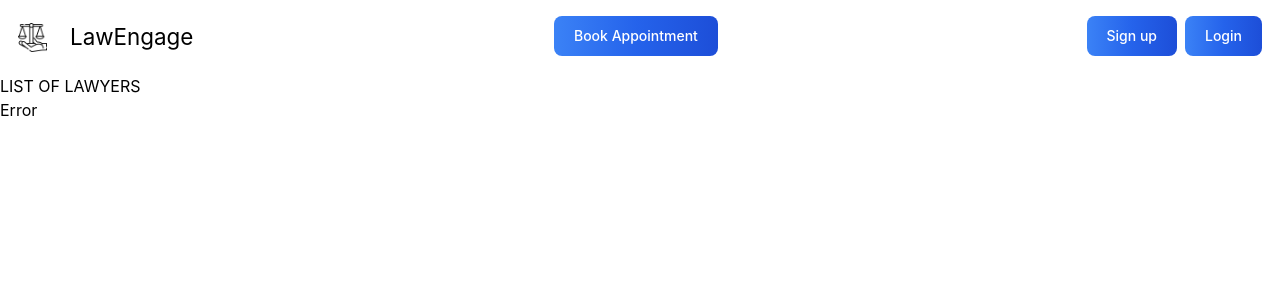
Repository: khushijain8/Lawyer-appointment-application
Page: /admin (app in frontend/)
An editor plug-in stored every save of this project. The page is shown before and after the next save, followed by the edit.
The browser window is 1280 px wide. The pictures show the whole page.
The page's requests for data from a server got no answer. The project was rebuilt for these pictures with package versions that can differ from the ones it lists, and the page was loaded fresh each time. No one was signed in, and anything a server would have sent is missing. Also part of the build but not shown: frontend/src/App.css, frontend/src/components/Signup/Signup.css, frontend/src/components/Signup/Signup.jsx, frontend/src/components/Login/Login.css, frontend/src/components/Login/Login.jsx, frontend/src/components/LawyerContainer/LawyerContainer.css, frontend/src/components/LawyerContainer/LawyerContainer.jsx, frontend/src/components/Book/Book.jsx.

Above is the page before, as saved 2025-01-22 23:37:50.

### frontend/src/index.js
import React from 'react';
import ReactDOM from 'react-dom/client';
import './index.css';
import App from './App';
import reportWebVitals from './reportWebVitals';
import {BrowserRouter} from 'react-router-dom';
import {Provider} from 'react-redux';
import {store} from './redux/store';
const root = ReactDOM.createRoot(document.getElementById('root'));
root.render(
  <React.StrictMode>
    <Provider store={store}>
     <BrowserRouter>
      <App />
    </BrowserRouter>
    </Provider>
  </React.StrictMode>
);

// If you want to start measuring performance in your app, pass a function
// to log results (for example: reportWebVitals(console.log))
// or send to an analytics endpoint. Learn more: https://bit.ly/CRA-vitals
reportWebVitals();

### frontend/src/App.js
import './App.css';

import {Route,Routes} from 'react-router-dom';
import Signup from './components/Signup/Signup';
import {Login} from './components/Login/Login';
import Navbar from './components/Navbar/Navbar';
import Book from './components/Book/Book';
import Admin from './components/Admin/Admin'
function App() {
  return (
    <>
      <Navbar></Navbar>
      <Routes>
        <Route path='/' element={<Signup/>}/>
        <Route path='/signup' element={<Signup/>}/>
        <Route path='/login' element={<Login/>}/>
        <Route path='/book' element={<Book/>}/>
        <Route path='/admin' element={<Admin/>}/>
      </Routes>

    </>
  );
}

export default App;

### frontend/src/redux/store.js
import {configureStore} from '@reduxjs/toolkit'
import LawyerReducer from './Lawyer/lawyerSlice'

export const store=configureStore({
    reducer:{
        lawyer:LawyerReducer
    },
})

### frontend/src/components/Navbar/Navbar.jsx
import React from 'react'
import lawlogo from '../../assets/law.png';
import './Navbar.css';
import {useNavigate} from 'react-router-dom';
function Navbar() {
    const navigate=useNavigate()
  return (
    <div className='navbar'>
        <div className="left-nav">
            <img className = "logo px-2 py-2" src={lawlogo} alt="logo"></img>
            <span className="heading">LawEngage</span>
        </div>
        <div className='mid-nav'>
            <button class="text-white bg-gradient-to-r from-blue-500 via-blue-600 to-blue-700 hover:bg-gradient-to-br focus:ring-4 focus:outline-none focus:ring-blue-300 dark:focus:ring-blue-800 font-medium rounded-lg text-sm px-5 py-2.5 text-center me-2 mb-2"onClick={()=>navigate('/book')}>Book Appointment</button>
        </div>
        <div className='right-nav'>
            <button class="text-white bg-gradient-to-r from-blue-500 via-blue-600 to-blue-700 hover:bg-gradient-to-br focus:ring-4 focus:outline-none focus:ring-blue-300 dark:focus:ring-blue-800 font-medium rounded-lg text-sm px-5 py-2.5 text-center me-2 mb-2"onClick={()=>navigate('/signup')}>Sign up</button>
            <button class="text-white bg-gradient-to-r from-blue-500 via-blue-600 to-blue-700 hover:bg-gradient-to-br focus:ring-4 focus:outline-none focus:ring-blue-300 dark:focus:ring-blue-800 font-medium rounded-lg text-sm px-5 py-2.5 text-center me-2 mb-2" onClick={()=>navigate('/login')}>Login</button>
        </div>
    </div>
  )
}

export default Navbar

### frontend/src/components/Admin/Admin.jsx
import React from 'react'
import LawyerHistoryContainer from '../LawyerHistoryContainer/LawyerHistoryContainer'

function Admin() {
  return (
    <LawyerHistoryContainer></LawyerHistoryContainer>
  )
}

export default Admin

### frontend/src/redux/Lawyer/lawyerSlice.js
import { createAsyncThunk,createSlice} from "@reduxjs/toolkit"
import axios from 'axios';
const initialState={
    loading:false,
    lawyers:[],
    error:'',
    selectedSlot: {
        lawyerId: null,
        slotIndex: null,
    },
}

export const fetchLawyers=createAsyncThunk('Lawyer/fetchLawyers',()=>{
    return axios
    .get("http://localhost:8080/lawyers")
        .then((response) => {
            console.log("API Response:", response.data);
            return response.data;
        })
        .catch((error) => {
            console.log("API Error:", error);
            throw error;
        });
})

export const bookSlot = createAsyncThunk("Lawyer/bookSlot", async (_, { getState, rejectWithValue }) => {
    const {selectedSlot}=getState().lawyer;
    const {lawyerId,slotIndex}=selectedSlot;
    if (!lawyerId || slotIndex === null) {
        return rejectWithValue("Invalid slot or lawyerId");
    }
    try {
      const response = await axios.post("http://localhost:8080/bookSlot", {
        lawyerId,
        slotIndex,
      });

      console.log("Slot booked successfully:", response.data);
      return { lawyerId, slotIndex };
    } catch (error) {
        console.log(lawyerId,slotIndex);
        console.error("Failed to book slot:", error);
        return rejectWithValue(error.response?.data || "Booking failed");
      }
    }
  );



const lawyerSlice=createSlice({
    name:'lawyer',
    initialState,
    reducers: {
        selectSlot:(state,action)=>{
          state.selectedSlot = action.payload;
        }
      },

    extraReducers:builder=>{
        builder.addCase(fetchLawyers.pending,state=>{
            state.loading=true
            console.log("Fetch lawyers faileda");
        })
        builder.addCase(fetchLawyers.fulfilled,(state,action)=>{
            state.loading=false
            state.lawyers=action.payload
            state.error=''
            console.log("Fetch lawyers failedb");
        })
        builder.addCase(fetchLawyers.rejected,(state,action)=>{
            state.loading=false
            state.error=action.error.message
            state.lawyers=[]
            console.log("Fetch lawyers failedc");
        })
        builder.addCase(bookSlot.pending,state=>{
            state.loading=true
            console.log("Fetch lawyers faileda");
        })
        builder.addCase(bookSlot.fulfilled,(state,action)=>{
            state.loading=false
            const {lawyerId,slotIndex}=action.payload;
            const lawyer=state.lawyers.find((l) => l._id === lawyerId);
            if (lawyer) {
              lawyer.availability[slotIndex].isAvailable=false;
            }


        })
        builder.addCase(bookSlot.rejected,(state,action)=>{
            state.loading=false
            state.error=action.error.message
            state.lawyers=[]
            console.log("Fetch lawyers failedc");
        })
    },

})
export const { selectSlot } = lawyerSlice.actions;
export default lawyerSlice.reducer;

### frontend/src/components/Navbar/Navbar.css
.logo{
    width:45px;
    height:45px;
}
.navbar{
    margin:10px;
    display:flex;
    justify-content : space-between;
}
.left-nav{
    display: flex;
    justify-content: start;
    gap:15px;
    align-items:center; /* for heading (lawengage to be at the center of the logo)*/
}
.mid-nav{
    margin-top:6px;
}
.right-nav{
    margin-top:6px;
}
.heading{
    font-size: 1.4rem;
    font-weight: normal;
}

### frontend/src/components/LawyerHistoryContainer/LawyerHistoryContainer.jsx
import React, { useEffect } from 'react'
import { fetchLawyers} from '../../redux/Lawyer/lawyerSlice'
import { useDispatch ,useSelector} from 'react-redux'

const LawyerHistoryContainer = () => {
    const lawyer=useSelector((state)=>state.lawyer);
    const dispatch=useDispatch();
    useEffect(()=>{
        dispatch(fetchLawyers());
    },[dispatch])

    return (
        <div>
        <h2>LIST OF LAWYERS</h2>
        {lawyer.loading &&<div>Loading...</div>}
        {!lawyer.loading && lawyer.error?<div>Error</div>:null}
        {!lawyer.loading && lawyer.lawyers.length?(
           <div style={{ display: "flex", flexWrap: "wrap", gap: "20px" }}>
           {lawyer.lawyers.map((lawyer) => (
             <div
               key={lawyer.email}
               style={{
                 border: "1px solid #ccc",
                 borderRadius: "8px",
                 padding: "16px",
                 width: "700px",
                 boxShadow: "0 2px 4px rgba(0,0,0,0.1)",
               }}
             >
               <h3 style={{ margin: "0 0 10px 0" }}>{lawyer.name}</h3>
               <p><strong>Email:</strong> {lawyer.email}</p>
               <p><strong>Speciality:</strong> {lawyer.speciality.join(", ")}</p>
               <p><strong>Cost Per Appointment:</strong> ₹{lawyer.costPerAppointment}</p>
               <p><strong>Availability:</strong></p>
               <ul style={{ paddingLeft: "20px" }}>
                 {lawyer.availability.map((slot, index) => (
                   <li key={index}>
                    {slot.date} - {slot.time}
                    {slot.isAvailable ?
                    <>
                        <span>  Available  </span>
                        <button className="text-white bg-gradient-to-r from-blue-500 via-blue-600 to-blue-700 hover:bg-gradient-to-br focus:ring-4 focus:outline-none focus:ring-blue-300 dark:focus:ring-blue-800 font-medium rounded-lg text-sm px-5 py-2.5 text-center me-2 mb-2"  >Book</button>
                    </>
                    :
                     <span>  Not Available  </span>}
                   </li>
                 ))}
               </ul>
             </div>
           ))}
         </div>

        ):null}

        </div>

    )
};

export default LawyerHistoryContainer;

Loaded but not shown: frontend/public/index.html (common file); frontend/src/index.css (common file); frontend/src/reportWebVitals.js (common file); frontend/tailwind.config.js (common file)

After the next save:
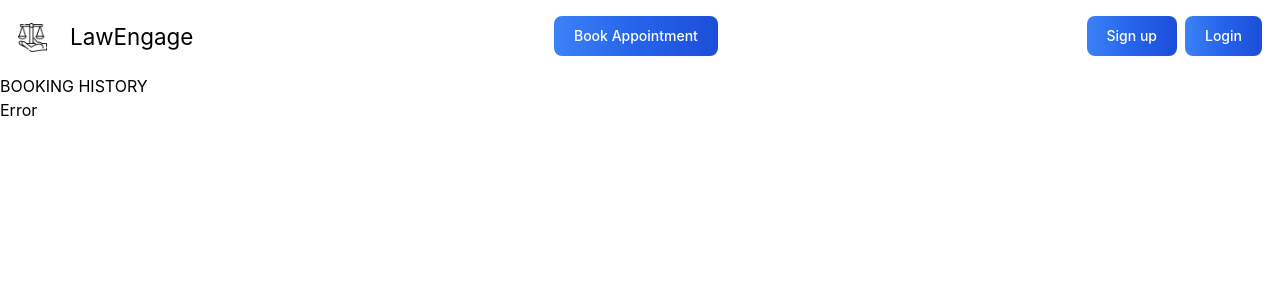
Saved 30 s later.
--- a/frontend/src/components/LawyerHistoryContainer/LawyerHistoryContainer.jsx
+++ b/frontend/src/components/LawyerHistoryContainer/LawyerHistoryContainer.jsx
@@ -3,7 +3,7 @@ import { fetchLawyers} from '../../redux/Lawyer/lawyerSlice'
 import { useDispatch ,useSelector} from 'react-redux'
 
 const LawyerHistoryContainer = () => {
-    const lawyer=useSelector((state)=>state.lawyer);
+    const lawyers=useSelector((state)=>state.lawyer);
     const dispatch=useDispatch();
     useEffect(()=>{
         dispatch(fetchLawyers());
@@ -11,50 +11,38 @@ const LawyerHistoryContainer = () => {
 
     return (
         <div>
-        <h2>LIST OF LAWYERS</h2>
-        {lawyer.loading &&<div>Loading...</div>}
-        {!lawyer.loading && lawyer.error?<div>Error</div>:null}
-        {!lawyer.loading && lawyer.lawyers.length?(
-           <div style={{ display: "flex", flexWrap: "wrap", gap: "20px" }}>
-           {lawyer.lawyers.map((lawyer) => (
-             <div
-               key={lawyer.email}
-               style={{
-                 border: "1px solid #ccc",
-                 borderRadius: "8px",
-                 padding: "16px",
-                 width: "700px",
-                 boxShadow: "0 2px 4px rgba(0,0,0,0.1)",
-               }}
-             >
-               <h3 style={{ margin: "0 0 10px 0" }}>{lawyer.name}</h3>
-               <p><strong>Email:</strong> {lawyer.email}</p>
-               <p><strong>Speciality:</strong> {lawyer.speciality.join(", ")}</p>
-               <p><strong>Cost Per Appointment:</strong> ₹{lawyer.costPerAppointment}</p>
-               <p><strong>Availability:</strong></p>
-               <ul style={{ paddingLeft: "20px" }}>
-                 {lawyer.availability.map((slot, index) => (
-                   <li key={index}>
-                    {slot.date} - {slot.time}
-                    {slot.isAvailable ?
-                    <>
-                        <span>  Available  </span>
-                        <button className="text-white bg-gradient-to-r from-blue-500 via-blue-600 to-blue-700 hover:bg-gradient-to-br focus:ring-4 focus:outline-none focus:ring-blue-300 dark:focus:ring-blue-800 font-medium rounded-lg text-sm px-5 py-2.5 text-center me-2 mb-2"  >Book</button>
-                    </>
-                    :
-                     <span>  Not Available  </span>}
-                   </li>
-                 ))}
-               </ul>
-             </div>
-           ))}
-         </div>
+        <h2>BOOKING HISTORY</h2>
+        {lawyers.loading &&<div>Loading...</div>}
+        {!lawyers.loading && lawyers.error?<div>Error</div>:null}
+        {!lawyers.loading && lawyers.lawyers.length?(
+           <div>
+           <h2>BOOKING HISTORY</h2>
+           {lawyers.length ? (
+               <div>
+                   <h2>Lawyers and Their Booking History</h2>
+                   {lawyers.map((lawyer) => (
+                       <div key={lawyer._id}>
+                           <h3>{lawyer.name}</h3>
+                           <p>Booking History:</p>
+                           {lawyer.bookingHistory.length > 0 ? (
+                               <ul>
+                                   {lawyer.bookingHistory.map((history, index) => (
+                                       <li key={index}>{history}</li>
+                                   ))}
+                               </ul>
+                           ) : (
+                               <p>No bookings yet</p>
+                           )}
+                       </div>
+                   ))}
+               </div>
+           ) : (
+               <p>No lawyers available</p>
+           )}
+       </div>):null}
+       </div>
 
-        ):null}
-
-        </div>
-
-    )
+    );
 };
 
 export default LawyerHistoryContainer;
